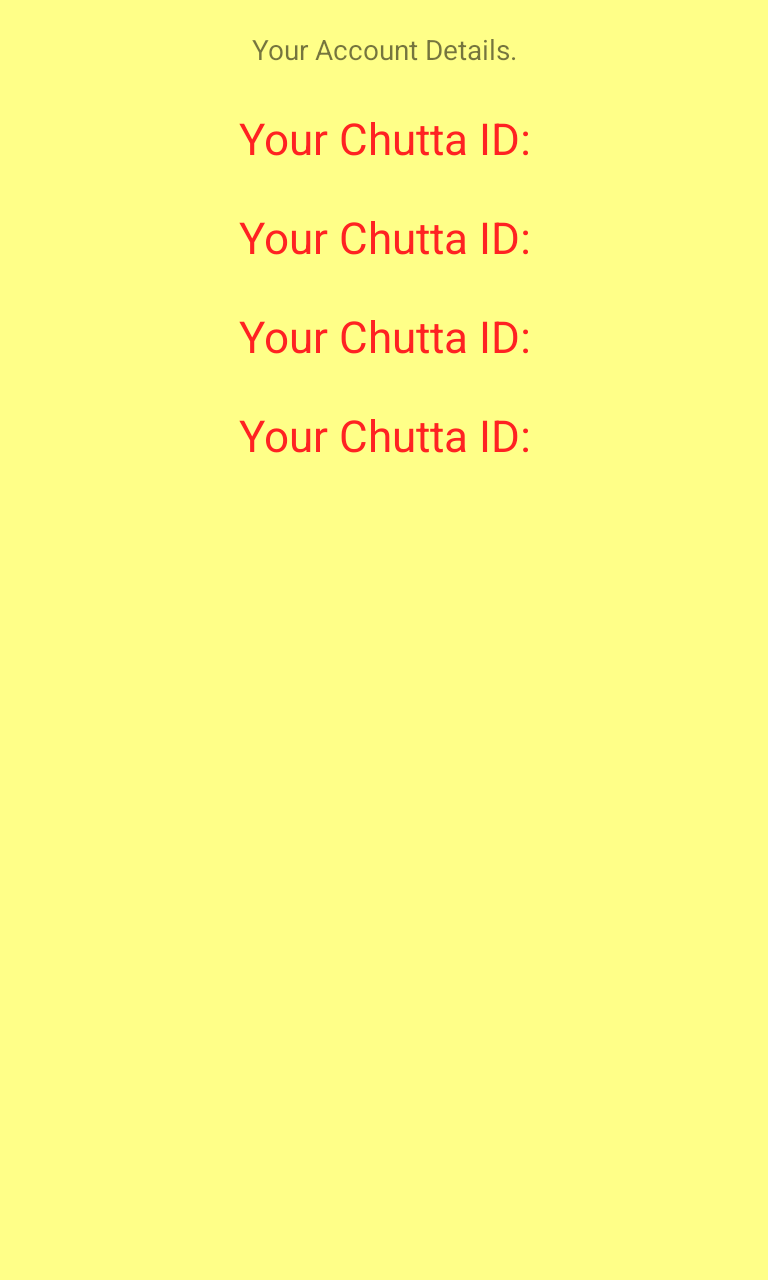
Repository: pankajksharma/chutta-pay
Layout: ChuttaPay/res/layout/activity_account.xml
An editor plug-in stored every save of this project. The layout is shown before and after the next save, followed by the edit.
It is drawn on a 768 x 1280 px phone screen (xhdpi) without system bars, with theme AppTheme; the app's code is not run.

Above is the layout before, as saved 2014-04-26 16:25:51.

After the next save:
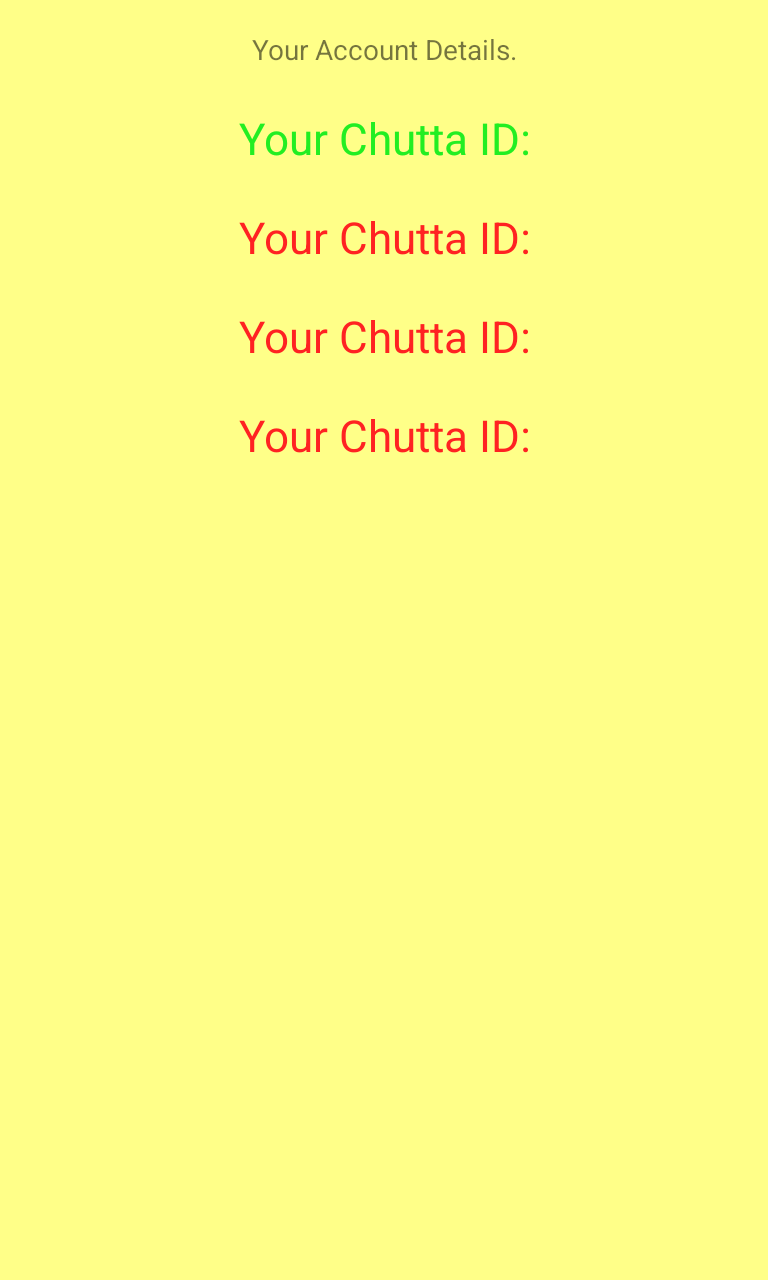
Saved 29 s later.
--- a/ChuttaPay/res/layout/activity_account.xml
+++ b/ChuttaPay/res/layout/activity_account.xml
@@ -26,7 +26,7 @@
             android:layout_height="wrap_content"
             android:gravity="center_horizontal"
             android:layout_marginBottom="20dp"
-            android:textColor="#ff2222"
+            android:textColor="#22ee22"
             android:textSize="22dp"
             android:text="Your Chutta ID:" />
 
